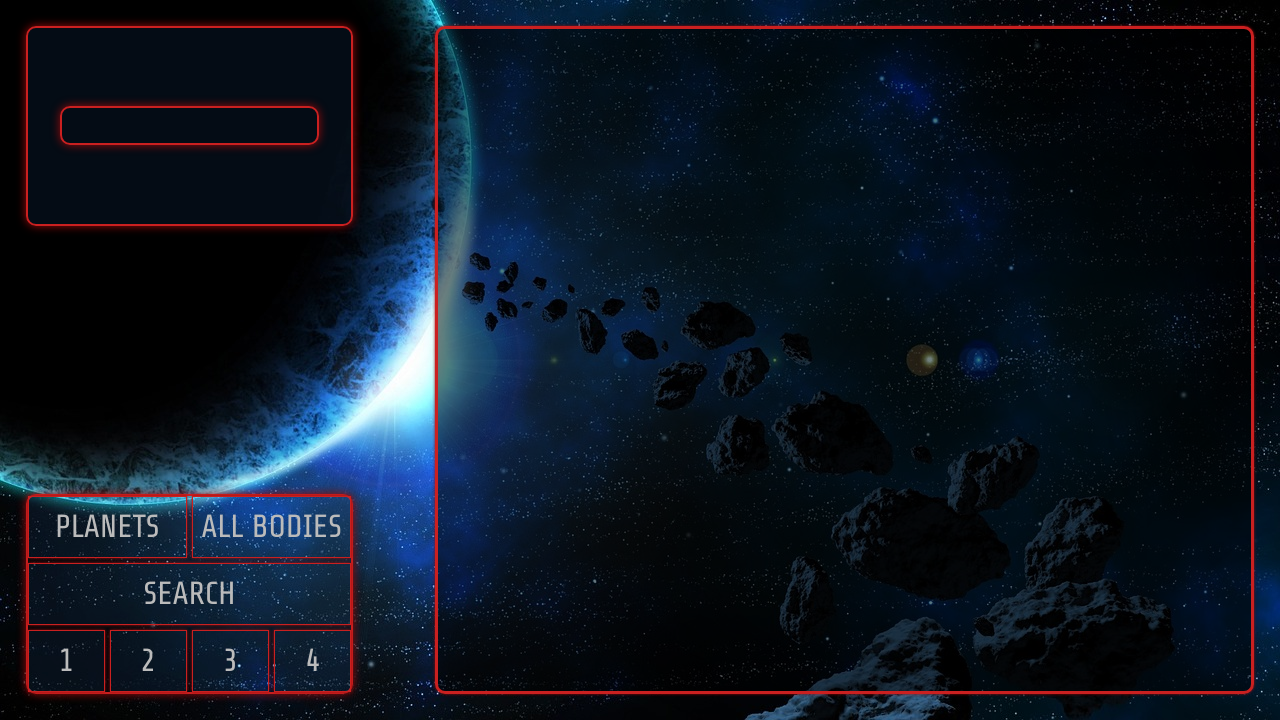
Repository: Przemek-Szadkowski/space-bodies
Page: /
These files come from the project's save history. The page is drawn as it stood at one moment and after the next save; the edit follows.
The browser window is 1280 px wide. The pictures show the whole page.
The page's requests for data from a server got no answer. The project was rebuilt for these pictures with package versions that can differ from the ones it lists, and the page was loaded fresh each time. No one was signed in, and anything a server would have sent is missing. Also part of the build but not shown: src/components/BodieRecord.js.

Above is the page before, as saved 2021-11-27 15:04:37.

After the next save:
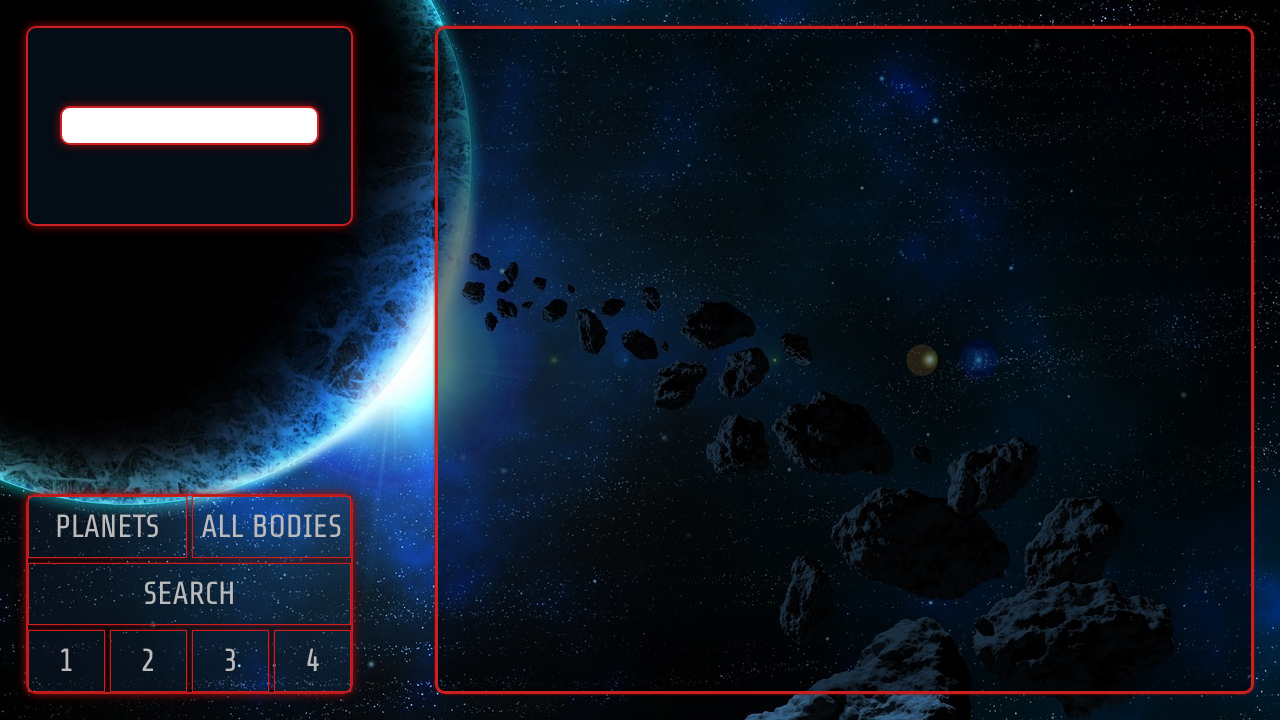
Saved 13 s later.
--- a/src/index.css
+++ b/src/index.css
@@ -166,7 +166,7 @@
   border: 2px solid rgb(202, 32, 32);
   border-radius: 10px;
   box-shadow: 0 0 10px rgb(155, 11, 11);
-  background-color: transparent;
+  /* background-color: transparent; */
   color: rgba(202, 32, 32, 0.7);
   font-size: 1.2rem;
   padding: 0 10px;

After the save that followed:
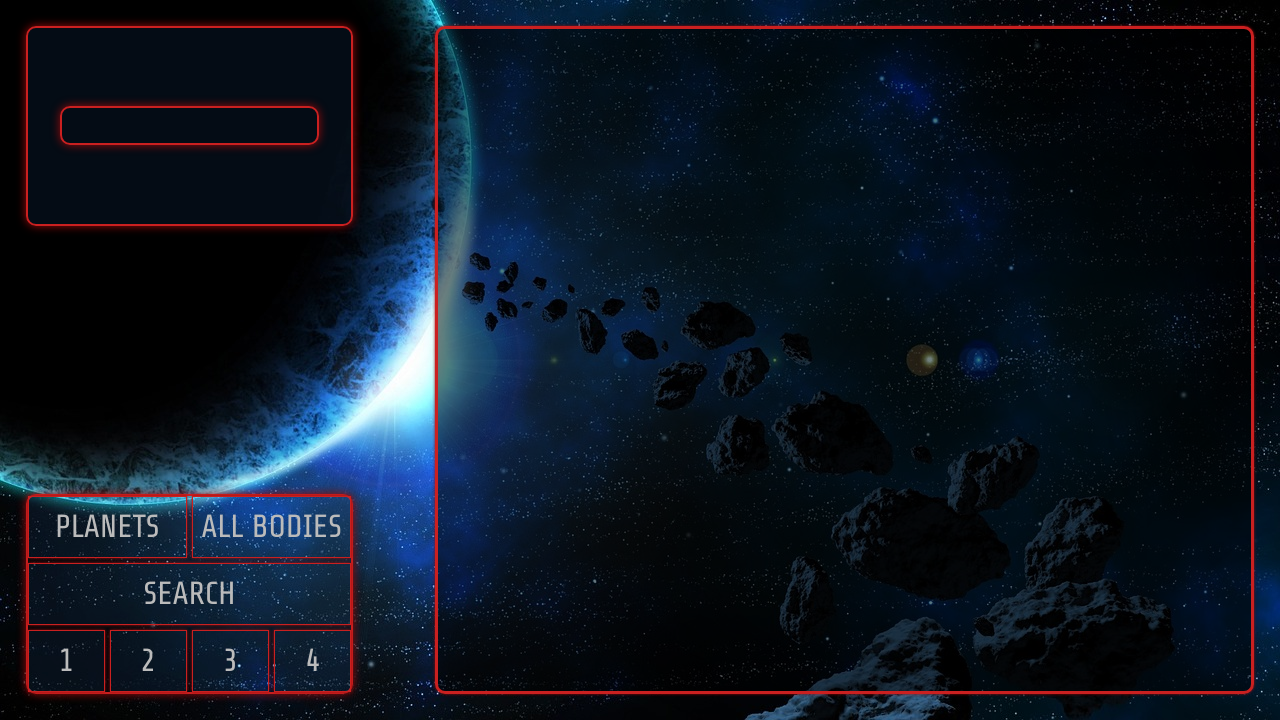
Saved 4 s later.
--- a/src/index.css
+++ b/src/index.css
@@ -166,7 +166,7 @@
   border: 2px solid rgb(202, 32, 32);
   border-radius: 10px;
   box-shadow: 0 0 10px rgb(155, 11, 11);
-  /* background-color: transparent; */
+  background-color: transparent;
   color: rgba(202, 32, 32, 0.7);
   font-size: 1.2rem;
   padding: 0 10px;
